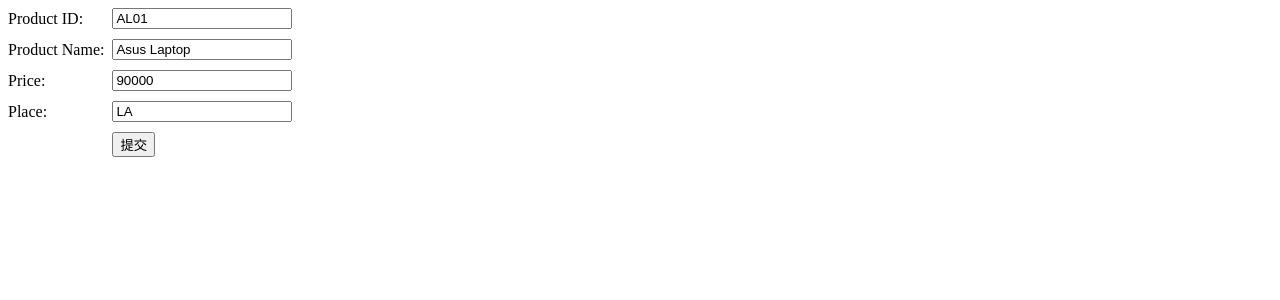
Repository: chofong1999/workspace202607
Page: mvweb0716/src/main/webapp/product.html
These files come from the project's save history. The page is drawn as it stood at one moment and after the next save; the edit follows.
The browser window is 1280 px wide. The pictures show the whole page.

Above is the page before, as saved 2026-07-16 02:53:11.

After the next save:
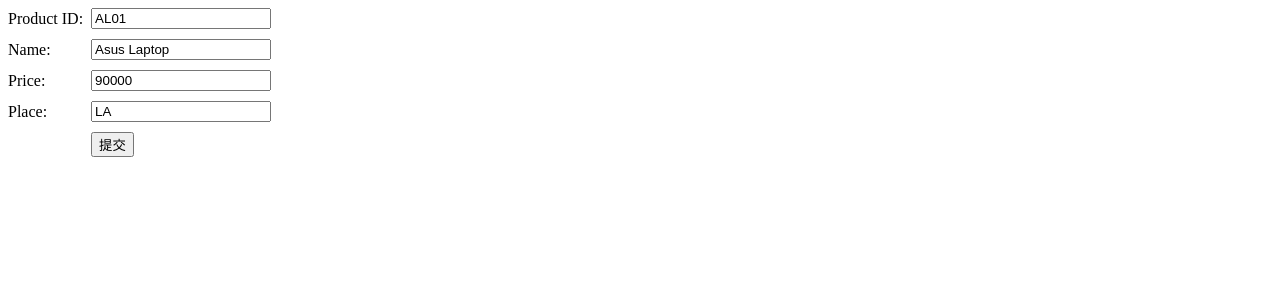
Saved 27 s later.
--- a/mvweb0716/src/main/webapp/product.html
+++ b/mvweb0716/src/main/webapp/product.html
@@ -35,7 +35,7 @@
     Product ID:<br>
     <input type="text" name="product_id" value="AL01">
 
-    Product Name:<br>
+    Name:<br>
     <input type="text" name="product_name" value="Asus Laptop">
 
     Price:<br>
